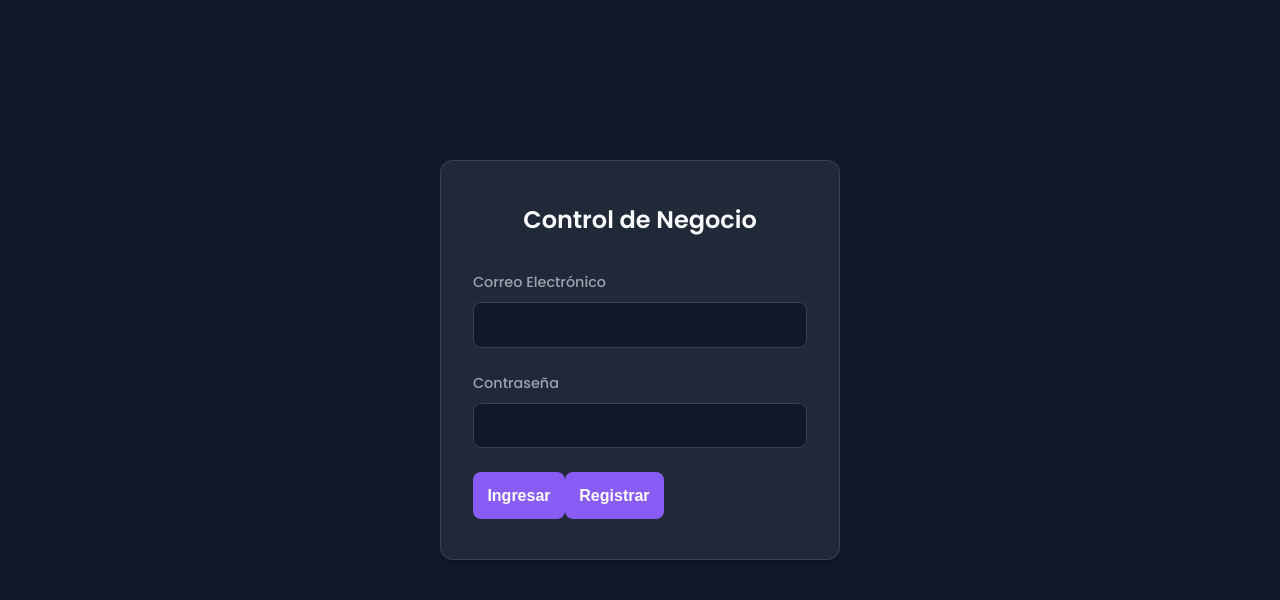
Repository: hercules830/nexa-control-app
Page: /
An editor plug-in stored every save of this project. The page is shown before and after the next save, followed by the edit.
The browser window is 1280 px wide. The pictures show the whole page.
The project was rebuilt for these pictures with package versions that can differ from the ones it lists, and the page was loaded fresh each time. Also part of the build but not shown: vite.config.js, src/pages/DashboardPage.module.css, src/pages/DashboardPage.jsx.

Above is the page before, as saved 2025-09-02 14:19:47.

### index.html
<!doctype html>
<html lang="en">
  <head>
    <meta charset="UTF-8" />
    <link rel="icon" type="image/svg+xml" href="/vite.svg" />
    <meta name="viewport" content="width=device-width, initial-scale=1.0" />

    <link rel="preconnect" href="https://fonts.googleapis.com">
    <link rel="preconnect" href="https://fonts.gstatic.com" crossorigin>
    <link
      href="https://fonts.googleapis.com/css2?family=Poppins:wght@300;400;500;600&display=swap"
      rel="stylesheet">

    <title>Vite + React</title>
  </head>
  <body>
    <div id="root"></div>
    <script type="module" src="/src/main.jsx"></script>
  </body>
</html>

### src/index.css
/* src/index.css */

:root {
    /* Paleta de Colores */
    --color-primary: #8a5cf6; /* Un morado vibrante como acento */
    --color-primary-hover: #7c3aed;
    --color-bg: #111827;      /* Fondo principal (casi negro) */
    --color-surface: #1f2937; /* Color para "tarjetas" y superficies */
    --color-border: #374151;
    --color-text-primary: #f9fafb; /* Texto principal (blanco roto) */
    --color-text-secondary: #9ca3af; /* Texto secundario (gris claro) */

    /* Sombras */
    --shadow-md: 0 4px 6px -1px rgba(0, 0, 0, 0.1), 0 2px 4px -2px rgba(0, 0, 0, 0.1);
  }

  * {
    margin: 0;
    padding: 0;
    box-sizing: border-box;
  }

  body {
    font-family: 'Poppins', sans-serif; /* Usamos nuestra nueva fuente */
    background-color: var(--color-bg);
    color: var(--color-text-primary);
    line-height: 1.6;
  }

  #root {
    display: flex;
    justify-content: center; /* Centra horizontalmente */
    align-items: center;     /* Centra verticalmente */
    padding: 2rem 1rem;
    min-height: 100vh;
  }

### src/App.jsx
// src/App.jsx

import { useState, useEffect } from 'react'; // 1. Importa useEffect
import { AnimatePresence } from 'framer-motion';
import { auth } from './firebase'; // 2. Importa la configuración de auth
import { onAuthStateChanged } from 'firebase/auth'; // 3. Importa el listener

import LoginPage from './pages/LoginPage';
import DashboardPage from './pages/DashboardPage';

function App() {
  const [user, setUser] = useState(null); // Estado para guardar el objeto de usuario de Firebase
  const [loading, setLoading] = useState(true); // Estado para la carga inicial

  // 4. useEffect para escuchar el estado de autenticación
  useEffect(() => {
    // onAuthStateChanged devuelve una función para "darse de baja" del listener
    const unsubscribe = onAuthStateChanged(auth, (currentUser) => {
      setUser(currentUser); // Si hay usuario, lo guarda; si no, guarda null
      setLoading(false); // La comprobación ha terminado, ya no estamos cargando
    });

    // 5. Función de limpieza: Se ejecuta cuando el componente se "desmonta"
    //    Esto previene fugas de memoria al cerrar el listener cuando no se necesita.
    return () => {
      unsubscribe();
    };
  }, []); // El array vacío [] significa que este efecto se ejecuta solo UNA VEZ, al montar el componente.

  // 6. Mientras se comprueba el estado, muestra un mensaje de carga
  if (loading) {
    return <div>Cargando aplicación...</div>; // Puedes poner un spinner o un componente más bonito aquí
  }

  return (
    <AnimatePresence mode="wait">
      {/* 7. La lógica ahora depende de si 'user' existe o es null */}
      {/*    Ya no necesitamos la prop onLoginSuccess */}
      {!user ? (
        <LoginPage key="loginPage" />
      ) : (
        <DashboardPage key="dashboardPage" />
      )}
    </AnimatePresence>
  );
}

export default App;

### src/firebase.js
// src/firebase.js

import { initializeApp } from "firebase/app";
import { getFirestore } from "firebase/firestore";
import { getAuth } from "firebase/auth";

// TODO: Reemplaza el siguiente objeto con la configuración de tu proyecto de Firebase
// que obtuviste en la consola.
const firebaseConfig = {
    apiKey: "AIzaSyAlErON-GjYwiEjto2hysdnW_u-5kSa-Cg",
    authDomain: "nexa-control-negocio.firebaseapp.com",
    projectId: "nexa-control-negocio",
    storageBucket: "nexa-control-negocio.firebasestorage.app",
    messagingSenderId: "588281017340",
    appId: "1:588281017340:web:aa5d8c408e5be276f37879"
  };

// Inicializamos la aplicación de Firebase
const app = initializeApp(firebaseConfig);

// Exportamos los servicios que vamos a necesitar en nuestra aplicación
// db: para interactuar con la base de datos Firestore
// auth: para interactuar con el servicio de Autenticación
export const db = getFirestore(app);
export const auth = getAuth(app);

### src/pages/LoginPage.jsx
// src/pages/LoginPage.jsx
import { useState } from 'react';
// eslint-disable-next-line no-unused-vars
import { motion } from 'framer-motion';
// 1. Importamos auth y las funciones de Firebase que necesitamos
import { auth } from '../firebase';
import {
  createUserWithEmailAndPassword,
  signInWithEmailAndPassword
} from 'firebase/auth';
import styles from './LoginPage.module.css';

// Ya no necesitamos recibir la prop onLoginSuccess
function LoginPage() {
  const [email, setEmail] = useState('');
  const [password, setPassword] = useState('');
  const [error, setError] = useState(''); // Un estado para mostrar errores al usuario

  // 2. Función para manejar el REGISTRO de un nuevo usuario
  const handleRegister = async (event) => {
    event.preventDefault();
    setError(''); // Limpiamos errores previos
    try {
      // Esta función de Firebase crea el usuario en el backend
      const userCredential = await createUserWithEmailAndPassword(auth, email, password);
      console.log('Usuario registrado:', userCredential.user);
      // No necesitamos hacer nada más, el listener en App.jsx se encargará del resto
    } catch (err) {
      // Manejamos errores comunes de Firebase
      if (err.code === 'auth/email-already-in-use') {
        setError('Este correo electrónico ya está en uso.');
      } else if (err.code === 'auth/weak-password') {
        setError('La contraseña debe tener al menos 6 caracteres.');
      } else {
        setError('Ocurrió un error al registrar el usuario.');
      }
      console.error(err);
    }
  };

  // 3. Función para manejar el LOGIN de un usuario existente
  const handleLogin = async (event) => {
    event.preventDefault();
    setError('');
    try {
      // Esta función de Firebase verifica las credenciales
      const userCredential = await signInWithEmailAndPassword(auth, email, password);
      console.log('Usuario autenticado:', userCredential.user);
    } catch (err) {
      if (err.code === 'auth/user-not-found' || err.code === 'auth/wrong-password') {
        setError('Correo o contraseña incorrectos.');
      } else {
        setError('Ocurrió un error al iniciar sesión.');
      }
      console.error(err);
    }
  };

  return (
    <motion.div
      className={styles.loginContainer}
      initial={{ opacity: 0, x: -50 }}
      animate={{ opacity: 1, x: 0 }}
      exit={{ opacity: 0, x: -50 }}
      transition={{ duration: 0.5 }}
    >
      <div className={styles.loginCard}>
        <h2 className={styles.title}>Control de Negocio</h2>
        <form className={styles.form}>
          <div className={styles.inputGroup}>
            <label htmlFor="email" className={styles.label}>Correo Electrónico</label>
            <input
              type="email" id="email" className={styles.input}
              value={email} onChange={(e) => setEmail(e.target.value)}
            />
          </div>
          <div className={styles.inputGroup}>
            <label htmlFor="password" className={styles.label}>Contraseña</label>
            <input
              type="password" id="password" className={styles.input}
              value={password} onChange={(e) => setPassword(e.target.value)}
            />
          </div>

          {/* 4. Mostramos el mensaje de error si existe */}
          {error && <p className={styles.errorText}>{error}</p>}

          {/* 5. Añadimos dos botones: uno para login y otro para registro */}
          <div className={styles.buttonGroup}>
            <button type="submit" onClick={handleLogin} className={styles.button}>Ingresar</button>
            <button type="button" onClick={handleRegister} className={`${styles.button} ${styles.buttonSecondary}`}>Registrar</button>
          </div>
        </form>
      </div>
    </motion.div>
  );
}

export default LoginPage;

### src/pages/LoginPage.module.css
/* src/pages/LoginPage.module.css */

@keyframes fadeIn {
    from { opacity: 0; transform: translateY(-10px); }
    to { opacity: 1; transform: translateY(0); }
  }

  .loginContainer {
    width: 100%;
    max-width: 400px;
    animation: fadeIn 0.5s ease-out;
  }

  .loginCard {
    background-color: var(--color-surface);
    padding: 2.5rem 2rem;
    border-radius: 12px;
    border: 1px solid var(--color-border);
    box-shadow: var(--shadow-md);
  }

  .title {
    text-align: center;
    margin-bottom: 2rem;
    font-weight: 600;
  }

  .form {
    display: flex;
    flex-direction: column;
    gap: 1.5rem;
  }

  .inputGroup {
    display: flex;
    flex-direction: column;
  }

  .label {
    font-size: 0.9rem;
    font-weight: 500;
    margin-bottom: 0.5rem;
    color: var(--color-text-secondary);
  }

  .input {
    padding: 0.8rem 1rem;
    border: 1px solid var(--color-border);
    border-radius: 8px;
    background-color: var(--color-bg);
    color: var(--color-text-primary);
    font-size: 1rem;
    transition: border-color 0.2s, box-shadow 0.2s;
  }

  .input:focus {
    outline: none;
    border-color: var(--color-primary);
    box-shadow: 0 0 0 3px rgba(138, 92, 246, 0.3);
  }

  .button {
    padding: 0.9rem;
    border: none;
    border-radius: 8px;
    background-color: var(--color-primary);
    color: white;
    font-size: 1rem;
    font-weight: 600;
    cursor: pointer;
    transition: background-color 0.2s;
  }

  .button:hover {
    background-color: var(--color-primary-hover);
  }

Loaded but not shown: src/main.jsx (common file)

After the next save:
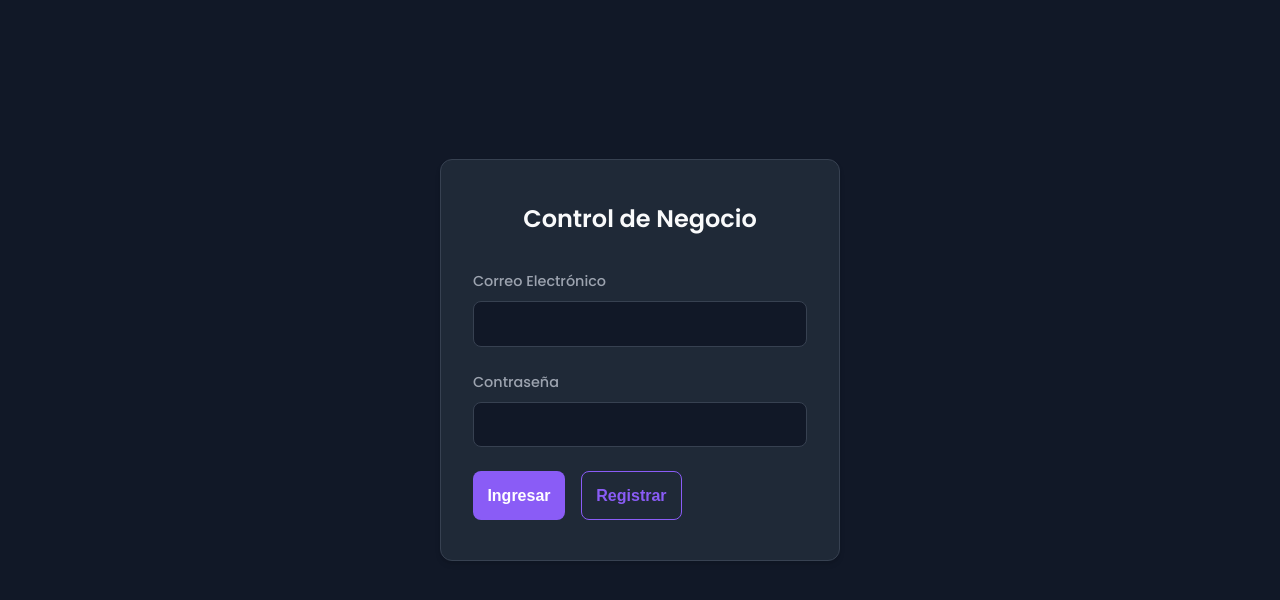
Saved 28 s later.
--- a/src/pages/LoginPage.module.css
+++ b/src/pages/LoginPage.module.css
@@ -74,3 +74,24 @@
   .button:hover {
     background-color: var(--color-primary-hover);
   }
+
+  .errorText {
+    color: #ef4444; /* Rojo para errores */
+    text-align: center;
+    font-size: 0.9rem;
+  }
+
+  .buttonGroup {
+    display: flex;
+    gap: 1rem;
+  }
+
+  .buttonSecondary {
+    background-color: var(--color-surface);
+    border: 1px solid var(--color-primary);
+    color: var(--color-primary);
+  }
+
+  .buttonSecondary:hover {
+    background-color: rgba(138, 92, 246, 0.1);
+  }
